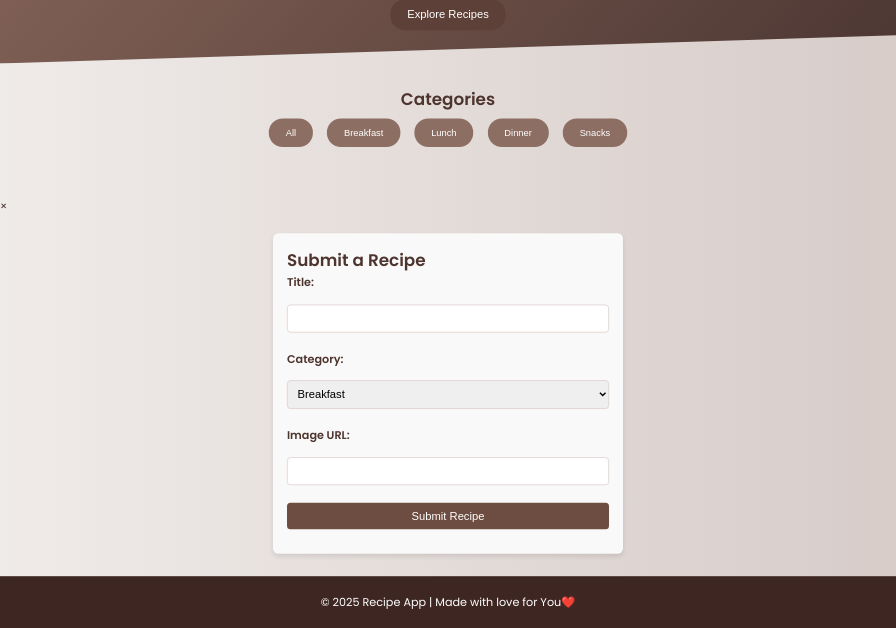
Repository: Patience225/recipe-app
Page: index.html
These files come from the project's save history. The page is drawn as it stood at one moment and after the next save; the edit follows.
The browser window is 1280 px wide. The pictures show the part of the page from y = 373 to 2293 px (the page is 1270 px tall before and 2712 px after), at 70% of full size.

Above is the page before, as saved 2025-01-27 12:15:30.
Console error: SyntaxError: Unexpected token 'const'

### index.html
<!DOCTYPE html>
<html lang="en">
<head>
  <meta charset="UTF-8">
  <meta name="viewport" content="width=device-width, initial-scale=1.0">
  <title>Recipe App</title>
  <link href="https://fonts.googleapis.com/css2?family=Poppins:wght@400;600&display=swap" rel="stylesheet">
  <link rel="stylesheet" href="styles.css">
</head>
<body>
  <header>
    <h1>Recipe App</h1>
    <p>Your gateway to delicious inspirations 🍲</p>
    <input type="text" id="search" placeholder="Search for recipes...">
    <button id="theme-toggle">🌙</button>
  </header>

  <section class="hero">
    <h2>Discover the Joy of Cooking</h2>
    <p>Browse through a collection of amazing recipes handpicked for you!</p>
    <button id="explore-btn">Explore Recipes</button>
  </section>

  <section id="categories">
    <h2>Categories</h2>
    <div class="category-buttons">
      <button data-category="All">All</button>
      <button data-category="Breakfast">Breakfast</button>
      <button data-category="Lunch">Lunch</button>
      <button data-category="Dinner">Dinner</button>
      <button data-category="Snacks">Snacks</button>
    </div>
  </section>

  <section id="recipe-list"></section>

  <div id="recipe-modal" class="modal">
    <div class="modal-content">
      <span class="close-btn">&times;</span>
      <h2 id="modal-title"></h2>
      <img id="modal-image" src="" alt="">
      <p id="modal-description"></p>
    </div>
  </div>

  <div id="recipe-form-container">
    <h2>Submit a Recipe</h2>
    <form id="recipe-form">
      <label for="recipe-title">Title:</label>
      <input type="text" id="recipe-title" required>

      <label for="recipe-category">Category:</label>
      <select id="recipe-category">
        <option value="Breakfast">Breakfast</option>
        <option value="Lunch">Lunch</option>
        <option value="Dinner">Dinner</option>
        <option value="Snacks">Snacks</option>
      </select>

      <label for="recipe-image">Image URL:</label>
      <input type="url" id="recipe-image" required>

      <button type="submit">Submit Recipe</button>
    </form>
  </div>

  <footer>
    <p>&copy; 2025 Recipe App | Made with love for You❤️</p>
  </footer>

  <script src="script.js"></script>
  <script>
    if ("serviceWorker" in navigator) {
      window.addEventListener("load", () => {
        navigator.serviceWorker.register("/sw.js").then(
          (registration) => {
            console.log("Service Worker registered with scope:", registration.scope);
          },
          (error) => {
            console.log("Service Worker registration failed:", error);
          }
        );
      });
    }
  </script>
</body>
</html>

### styles.css
* {
  margin: 0;
  padding: 0;
  box-sizing: border-box;
}

body {
  font-family: 'Poppins', sans-serif;
  background: linear-gradient(to right, #efebe9, #d7ccc8);
  color: #4e342e;
  line-height: 1.6;
}

header {
  background: linear-gradient(135deg, #795548, #3e2723);
  text-align: center;
  color: #fff;
  padding: 2rem;
  box-shadow: 0 4px 10px rgba(0, 0, 0, 0.1);
}

header h1 {
  font-size: 2.5rem;
  font-weight: 600;
}

header input {
  margin-top: 1rem;
  padding: 0.8rem 1rem;
  border-radius: 20px;
  border: none;
  outline: none;
  width: 80%;
  max-width: 400px;
  background: #efebe9;
  color: #4e342e;
}

header #theme-toggle {
  margin-top: 1rem;
  padding: 0.5rem 1rem;
  border: none;
  background: #d7ccc8;
  color: #3e2723;
  border-radius: 20px;
  cursor: pointer;
}

.hero {
  background: linear-gradient(135deg, rgba(121, 85, 72, 0.9), rgba(62, 39, 35, 0.9));
  color: #efebe9;
  text-align: center;
  padding: 3rem 2rem;
  margin-top: -1rem;
  clip-path: polygon(0 0, 100% 0, 100% 85%, 0 100%);
}

.hero h2 {
  font-size: 2rem;
  margin-bottom: 1rem;
}

.hero p {
  font-size: 1.2rem;
  margin-bottom: 2rem;
}

.hero button {
  padding: 0.8rem 1.5rem;
  background-color: #5d4037;
  color: white;
  border: none;
  border-radius: 20px;
  font-size: 1rem;
  cursor: pointer;
}

.hero button:hover {
  background-color: #4e342e;
}

#categories {
  margin: 2rem auto;
  text-align: center;
}

.category-buttons button {
  margin: 0.5rem;
  padding: 0.8rem 1.5rem;
  background-color: #8d6e63;
  color: white;
  border: none;
  border-radius: 20px;
  cursor: pointer;
}

.category-buttons button:hover {
  background-color: #6d4c41;
}

#recipe-list {
  display: grid;
  grid-template-columns: repeat(auto-fill, minmax(250px, 1fr));
  gap: 1.5rem;
  margin: 2rem;
}

.recipe-card {
  background: rgba(236, 224, 216, 0.8);
  backdrop-filter: blur(10px);
  border-radius: 15px;
  box-shadow: 0 8px 15px rgba(0, 0, 0, 0.1);
  transition: transform 0.3s;
  overflow: hidden;
}

.recipe-card img {
  width: 100%;
  height: 150px;
  object-fit: cover;
}

.recipe-card h3 {
  padding: 1rem;
  font-size: 1.2rem;
  color: #4e342e;
}

.recipe-card:hover {
  transform: scale(1.05);
}

footer {
  text-align: center;
  padding: 1.5rem;
  background: #3e2723;
  color: white;
  margin-top: 2rem;
}

body.dark-theme {
  background: #212121;
  color: white;
}

body.dark-theme header {
  background: linear-gradient(135deg, #4e342e, #3e2723);
}

body.dark-theme .hero {
  background: linear-gradient(135deg, rgba(62, 39, 35, 0.9), rgba(33, 33, 33, 0.9));
}

body.dark-theme .recipe-card {
  background: rgba(62, 39, 35, 0.8);
}

body.dark-theme footer {
  background: #3e2723;
}

#recipe-form-container {
  max-width: 500px;
  margin: 0 auto;
  padding: 20px;
  background-color: #f9f9f9;
  border-radius: 8px;
  box-shadow: 0 4px 8px rgba(0, 0, 0, 0.1);
}

#recipe-form label {
  display: block;
  margin-bottom: 8px;
  font-weight: 600;
}

#recipe-form input,
#recipe-form select,
#recipe-form button {
  width: 100%;
  padding: 10px;
  margin-bottom: 15px;
  border: 1px solid #ccc;
  border-radius: 4px;
  font-size: 16px;
}

#recipe-form button {
  background-color: #007bff;
  color: #fff;
  border: none;
  cursor: pointer;
  transition: background-color 0.3s ease;
}

#recipe-form button:hover {
  background-color: #0056b3;
}

#recipe-form {
  display: flex;
  flex-direction: column;
  gap: 10px;
}

#recipe-form input,
#recipe-form select,
#recipe-form button {
  padding: 10px;
  font-size: 1rem;
  border: 1px solid #d7ccc8;
  border-radius: 5px;
}

#recipe-form button {
  background-color: #6d4c41;
  color: white;
  cursor: pointer;
  border: none;
}

#recipe-form button:hover {
  background-color: #4e342e;
}

### script.js
const recipeList = document.getElementById("recipe-list");
const categoriesButtons = document.querySelectorAll(".category-buttons button");
const searchInput = document.getElementById("search");
const themeToggleBtn = document.getElementById("theme-toggle");
const recipeForm = document.getElementById("recipe-form");
const recipeFormContainer = document.getElementById("recipe-form-container");
const recipeModal = document.getElementById("recipe-modal");
const modalTitle = document.getElementById("modal-title");
const modalImage = document.getElementById("modal-image");
const modalDescription = document.getElementById("modal-description");
const closeModalBtn = document.querySelector(".close-btn");

let recipes = [
  const recipes = [
    {
      id: 1,
      title: "Spaghetti Carbonara",
      category: "Lunch",
      image: "images/Spaghetti Carbonara.jpeg",
    },
    {
      id: 2,
      title: "Pancakes",
      category: "Breakfast",
      image: "images/Pancakes.jpeg",
    },
    {
      id: 3,
      title: "Grilled Chicken",
      category: "Dinner",
      image: "images/Grilled Chicken.jpeg",
    },
    {
      id: 4,
      title: "Fruit Salad",
      category: "Snacks",
      image: "images/Fruit Salad.jpeg",
    },
    {
      id: 5,
      title: "Avocado Toast",
      category: "Breakfast",
      image: "images/Avocado Toast.jpeg",
    },
    {
      id: 6,
      title: "Caesar Salad",
      category: "Lunch",
      image: "images/Caesar Salad.jpeg",
    },
    {
      id: 7,
      title: "Burgers",
      category: "Dinner",
      image: "images/Burgers.jpeg",
    },
    {
      id: 8,
      title: "Muffins",
      category: "Breakfast",
      image: "images/Muffins.jpeg",
    },
    {
      id: 9,
      title: "Chocolate Cake",
      category: "Snacks",
      image: "images/Chocolate Cake.jpeg",
    },
    {
      id: 10,
      title: "Tacos",
      category: "Lunch",
      image: "images/Tacos.jpeg",
    },
    {
      id: 11,
      title: "Grilled Salmon",
      category: "Dinner",
      image: "images/Grilled Salmon.jpeg",
    },
    {
      id: 12,
      title: "Smoothie Bowl",
      category: "Breakfast",
      image: "images/Smoothie Bowl.jpeg",
    },
    {
      id: 13,
      title: "Chicken Wraps",
      category: "Lunch",
      image: "images/Chicken Wraps.jpeg",
    },
    {
      id: 14,
      title: "Pizza",
      category: "Dinner",
      image: "images/Pizza.jpeg",
    },
    {
      id: 15,
      title: "Churros",
      category: "Snacks",
      image: "images/Churros.jpeg",
    },
    {
      id: 16,
      title: "Croissants",
      category: "Breakfast",
      image: "images/Croissants.jpeg",
    },
    {
      id: 17,
      title: "Vegetable Stir-fry",
      category: "Lunch",
      image: "images/Vegetable Stir-fry.jpeg",
    },
    {
      id: 18,
      title: "Steak",
      category: "Dinner",
      image: "images/Steak.jpeg",
    },
    {
      id: 19,
      title: "Ice Cream Sundae",
      category: "Snacks",
      image: "images/Ice Cream Sundae.jpeg",
    },
    {
      id: 20,
      title: "Omelette",
      category: "Breakfast",
      image: "images/Omelette.jpeg",
    },
    {
      id: 21,
      title: "Burrito Bowl",
      category: "Lunch",
      image: "images/Burrito Bowl.jpeg",
    },
    {
      id: 22,
      title: "Lobster Tail",
      category: "Dinner",
      image: "images/Lobster Tail.jpeg",
    },
    {
      id: 23,
      title: "Nachos",
      category: "Snacks",
      image: "images/Nachos.jpeg",
    },
    {
      id: 24,
      title: "French Toast",
      category: "Breakfast",
      image: "images/French Toast.jpeg",
    },
  ];

const displayRecipes = (recipes) => {
  recipeList.innerHTML = "";
  recipes.forEach((recipe) => {
    const recipeCard = document.createElement("div");
    recipeCard.classList.add("recipe-card");
    recipeCard.innerHTML = `
      <img src="${recipe.image}" alt="${recipe.title}">
      <h3>${recipe.title}</h3>
    `;
    recipeCard.addEventListener("click", () => openRecipeModal(recipe));
    recipeList.appendChild(recipeCard);
  });
};

const openRecipeModal = (recipe) => {
  modalTitle.textContent = recipe.title;
  modalImage.src = recipe.image;
  modalDescription.textContent = recipe.description;
  recipeModal.style.display = "block";
};

closeModalBtn.addEventListener("click", () => {
  recipeModal.style.display = "none";
});

themeToggleBtn.addEventListener("click", () => {
  document.body.classList.toggle("dark-theme");
});

categoriesButtons.forEach((button) => {
  button.addEventListener("click", () => {
    const category = button.dataset.category;
    const filteredRecipes = category === "All" ? recipes : recipes.filter(recipe => recipe.category === category);
    displayRecipes(filteredRecipes);
  });
});

searchInput.addEventListener("input", (e) => {
  const searchTerm = e.target.value.toLowerCase();
  const filteredRecipes = recipes.filter(recipe => recipe.title.toLowerCase().includes(searchTerm));
  displayRecipes(filteredRecipes);
});

recipeForm.addEventListener("submit", (e) => {
  e.preventDefault();
  const newRecipe = {
    title: recipeForm["recipe-title"].value,
    category: recipeForm["recipe-category"].value,
    image: recipeForm["recipe-image"].value,
  };
  recipes.push(newRecipe);
  displayRecipes(recipes);
  recipeForm.reset();
});

displayRecipes(recipes);

After the next save:
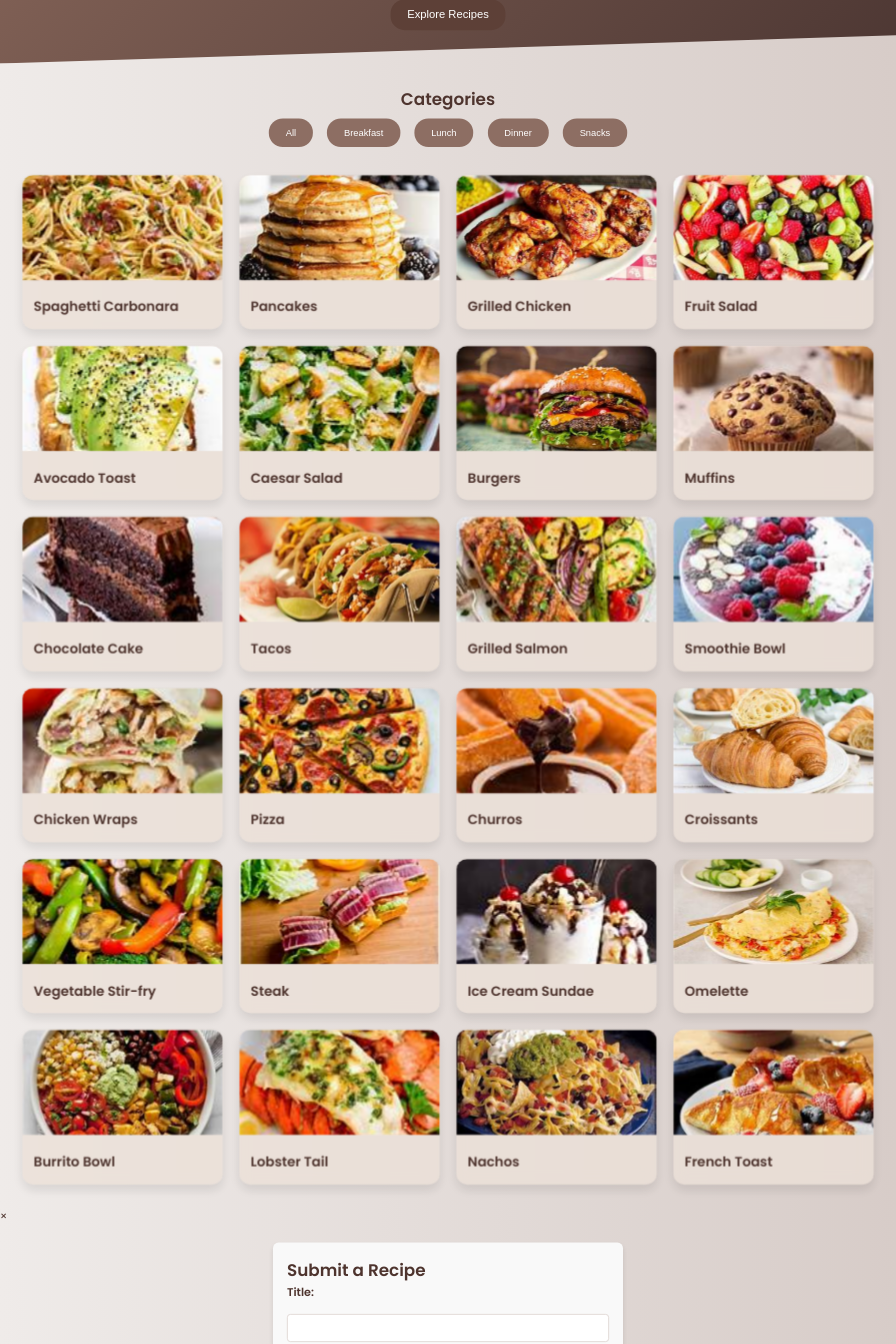
The error is gone.
Saved 25 s later.
--- a/script.js
+++ b/script.js
@@ -11,7 +11,6 @@ const modalDescription = document.getElementById("modal-description");
 const closeModalBtn = document.querySelector(".close-btn");
 
 let recipes = [
-  const recipes = [
     {
       id: 1,
       title: "Spaghetti Carbonara",
